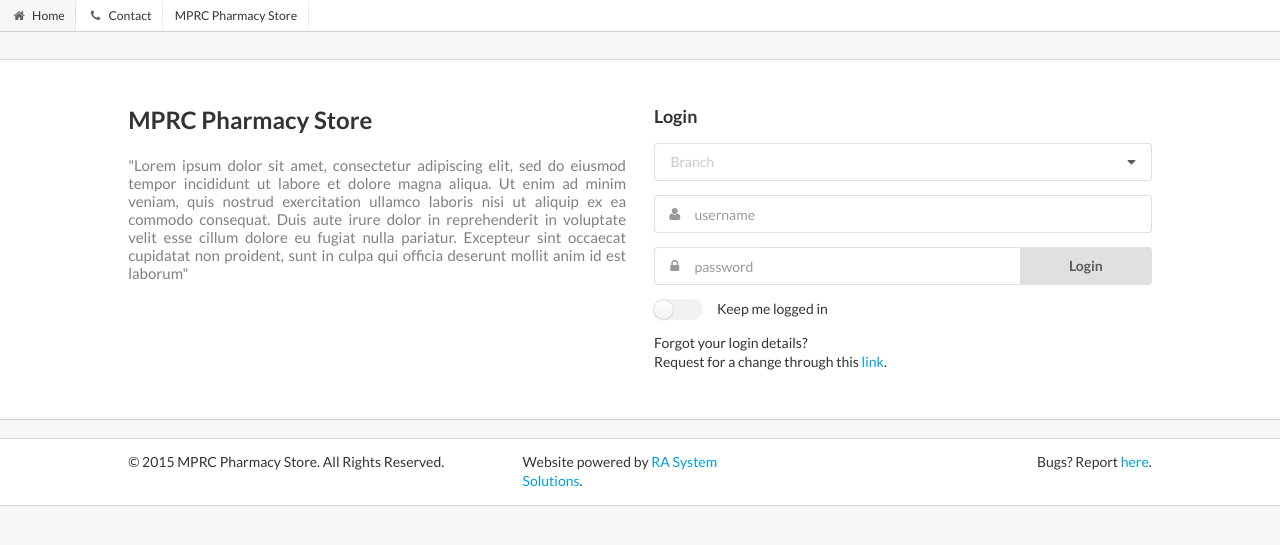
Repository: thdrwngkd/oims
Page: public/index.html
The author's editor kept a record of every edit. The page is drawn from the files as they stood at one moment, then again after the next edit.
The browser window is 1280 px wide. The pictures show the whole page.

Above is the page before.

### public/index.html
<!DOCTYPE html>
<html>
  <head>
    <!-- Standard Meta -->
    <meta charset="utf-8" />
    <meta http-equiv="X-UA-Compatible" content="IE=edge,chrome=1" />
    <meta name="viewport" content="width=device-width, initial-scale=1.0, maximum-scale=1.0">

    <!-- Site Properities -->
    <title>Online Inventory Management</title>

    <link href="../dist/googleapis.css" rel="stylesheet" type="text/css">
    <link href="../dist/semantic.css"   rel="stylesheet" type="text/css">
    <link href="../src/css/base.css"    rel="stylesheet" type="text/css">

    <script src="../dist/jquery.js"></script>
    <script src="../dist/jquery.address.js"></script>
    <script src="../dist/semantic.js"></script>

  </head>
  <body>
    <!-- Start  Header Navbar -->
    <header>
      <nav class="ui fixed fluid main small menu">
        <a class="item" href="#"><i class="home icon"></i>  Home</a>
        <a class="item" href="#"><i class="call icon"></i>  Contact</a>
        <a class="item">MPRC Pharmacy Store</a>
      </nav>
    </header>
    <!-- End    Header Navbar -->
    <div class="clear height sixty pixels"></div>
    <!-- Start  Section Masthead Segment -->
    <section class="ui center segment clear">
      <div class="ui stackable page grid top-bottom margin twenty pixels">
        <div class="two column row">
          <div class="column">
            <h2 class="ui header">
              MPRC Pharmacy Store
              <div class="sub header" style="margin-top: 20px; text-align: justify">
                "Lorem ipsum dolor sit amet, consectetur adipiscing elit, sed do eiusmod tempor incididunt ut labore et dolore magna aliqua. Ut enim ad minim veniam, quis nostrud exercitation ullamco laboris nisi ut aliquip ex ea commodo consequat. Duis aute irure dolor in reprehenderit in voluptate velit esse cillum dolore eu fugiat nulla pariatur. Excepteur sint occaecat cupidatat non proident, sunt in culpa qui officia deserunt mollit anim id est laborum"
              </div>
            </h2>
          </div>
          <div class="column">
            <h3 class="ui header">
              Login
            </h3>
            <form class="ui fluid form">
              <div class="field">
                <div class="ui selection dropdown">
                  <input type="hidden" name="gender">
                  <div class="default text">Branch</div>
                  <i class="dropdown icon"></i>
                  <div class="menu">
                    <div class="item" data-value="male">Pag-Asa</div>
                    <div class="item" data-value="female">Daang Tubo</div>
                  </div>
                </div>
              </div>
              <div class="field">
                <div class="ui left icon input">
                  <input type="text" placeholder="username">
                  <i class="user icon"></i>
                </div>
              </div>
              <div class="field">
                <div class="ui left icon action input">
                  <i class="lock icon"></i>
                  <input name="email" type="text" placeholder="password">
                  <div class="ui submit button">Login</div>
                </div>
              </div>
              <div class="field">
                <div class="ui toggle checkbox">
                  <input type="checkbox" name="keep_logged" value="x">
                  <label>Keep me logged in</label>
                </div>
              </div>
              <div class="field">
                <p>Forgot your login details?<br>Request for a change through this <a href="forgot-password.html">link</a>.</p>
              </div>
            </form>
          </div>
        </div>
      </div>

    </section>
    <!-- End    Projects Section -->
    <div class="clear height twenty pixels"></div>
    <!-- Start  About Section -->
    <section class="ui footer segment clear">
      <div class="ui page grid">
        <div class="row">
          <div class="six wide column">
            <p>© 2015 MPRC Pharmacy Store. All Rights Reserved.</p>
          </div>
          <div class="four wide column">
            <p>Website powered by <a href="">RA System Solutions</a>.</p>
          </div>
          <div class="right aligned six wide column">
            <p>Bugs? Report <a href="">here</a>.</p>
          </div>
        </div>
      </div>
    </section>
    <!-- End    About Section -->
    <!-- Javascript Imports -->
      <script src="../dist/base.js"></script>
    <!-- Javascript Imports -->
  </body>
</html>

### dist/googleapis.css
/* cyrillic-ext */
@font-face {
  font-family: 'Open Sans';
  font-style: normal;
  font-weight: 300;
  src: local('Open Sans Light'), local('OpenSans-Light'), url(http://fonts.gstatic.com/s/opensans/v10/DXI1ORHCpsQm3Vp6mXoaTSUUniRZcd_wq8DYmIfsw2A.woff2) format('woff2');
  unicode-range: U+0460-052F, U+20B4, U+2DE0-2DFF, U+A640-A69F;
}
/* cyrillic */
@font-face {
  font-family: 'Open Sans';
  font-style: normal;
  font-weight: 300;
  src: local('Open Sans Light'), local('OpenSans-Light'), url(http://fonts.gstatic.com/s/opensans/v10/DXI1ORHCpsQm3Vp6mXoaTeXREeHhJi4GEUJI9ob_ak4.woff2) format('woff2');
  unicode-range: U+0400-045F, U+0490-0491, U+04B0-04B1, U+2116;
}
/* devanagari */
@font-face {
  font-family: 'Open Sans';
  font-style: normal;
  font-weight: 300;
  src: local('Open Sans Light'), local('OpenSans-Light'), url(http://fonts.gstatic.com/s/opensans/v10/DXI1ORHCpsQm3Vp6mXoaTY0Uz7fbu6RM5MPetubMKio.woff2) format('woff2');
  unicode-range: U+02BC, U+0900-097F, U+1CD0-1CF6, U+1CF8-1CF9, U+200B-200D, U+20A8, U+20B9, U+25CC, U+A830-A839, U+A8E0-A8FB;
}
/* greek-ext */
@font-face {
  font-family: 'Open Sans';
  font-style: normal;
  font-weight: 300;
  src: local('Open Sans Light'), local('OpenSans-Light'), url(http://fonts.gstatic.com/s/opensans/v10/DXI1ORHCpsQm3Vp6mXoaTfzy0yu4vcvNhe7QLuoE8rU.woff2) format('woff2');
  unicode-range: U+1F00-1FFF;
}
/* greek */
@font-face {
  font-family: 'Open Sans';
  font-style: normal;
  font-weight: 300;
  src: local('Open Sans Light'), local('OpenSans-Light'), url(http://fonts.gstatic.com/s/opensans/v10/DXI1ORHCpsQm3Vp6mXoaTc9-ZSaZ3mOOsU9E1f6DGWc.woff2) format('woff2');
  unicode-range: U+0370-03FF;
}
/* vietnamese */
@font-face {
  font-family: 'Open Sans';
  font-style: normal;
  font-weight: 300;
  src: local('Open Sans Light'), local('OpenSans-Light'), url(http://fonts.gstatic.com/s/opensans/v10/DXI1ORHCpsQm3Vp6mXoaTYZI5FoslwusAsZHK_V0XCI.woff2) format('woff2');
  unicode-range: U+0102-0103, U+1EA0-1EF1, U+20AB;
}
/* latin-ext */
@font-face {
  font-family: 'Open Sans';
  font-style: normal;
  font-weight: 300;
  src: local('Open Sans Light'), local('OpenSans-Light'), url(http://fonts.gstatic.com/s/opensans/v10/DXI1ORHCpsQm3Vp6mXoaTRUOjZSKWg4xBWp_C_qQx0o.woff2) format('woff2');
  unicode-range: U+0100-024F, U+1E00-1EFF, U+20A0-20AB, U+20AD-20CF, U+2C60-2C7F, U+A720-A7FF;
}
/* latin */
@font-face {
  font-family: 'Open Sans';
  font-style: normal;
  font-weight: 300;
  src: local('Open Sans Light'), local('OpenSans-Light'), url(http://fonts.gstatic.com/s/opensans/v10/DXI1ORHCpsQm3Vp6mXoaTegdm0LZdjqr5-oayXSOefg.woff2) format('woff2');
  unicode-range: U+0000-00FF, U+0131, U+0152-0153, U+02C6, U+02DA, U+02DC, U+2000-206F, U+2074, U+20AC, U+2212, U+2215, U+E0FF, U+EFFD, U+F000;
}
/* cyrillic-ext */
@font-face {
  font-family: 'Open Sans';
  font-style: normal;
  font-weight: 400;
  src: local('Open Sans'), local('OpenSans'), url(http://fonts.gstatic.com/s/opensans/v10/K88pR3goAWT7BTt32Z01m1tXRa8TVwTICgirnJhmVJw.woff2) format('woff2');
  unicode-range: U+0460-052F, U+20B4, U+2DE0-2DFF, U+A640-A69F;
}
/* cyrillic */
@font-face {
  font-family: 'Open Sans';
  font-style: normal;
  font-weight: 400;
  src: local('Open Sans'), local('OpenSans'), url(http://fonts.gstatic.com/s/opensans/v10/RjgO7rYTmqiVp7vzi-Q5UVtXRa8TVwTICgirnJhmVJw.woff2) format('woff2');
  unicode-range: U+0400-045F, U+0490-0491, U+04B0-04B1, U+2116;
}
/* devanagari */
@font-face {
  font-family: 'Open Sans';
  font-style: normal;
  font-weight: 400;
  src: local('Open Sans'), local('OpenSans'), url(http://fonts.gstatic.com/s/opensans/v10/ttwNtsRpgsxVmgGGmiUOEltXRa8TVwTICgirnJhmVJw.woff2) format('woff2');
  unicode-range: U+02BC, U+0900-097F, U+1CD0-1CF6, U+1CF8-1CF9, U+200B-200D, U+20A8, U+20B9, U+25CC, U+A830-A839, U+A8E0-A8FB;
}
/* greek-ext */
@font-face {
  font-family: 'Open Sans';
  font-style: normal;
  font-weight: 400;
  src: local('Open Sans'), local('OpenSans'), url(http://fonts.gstatic.com/s/opensans/v10/LWCjsQkB6EMdfHrEVqA1KVtXRa8TVwTICgirnJhmVJw.woff2) format('woff2');
  unicode-range: U+1F00-1FFF;
}
/* greek */
@font-face {
  font-family: 'Open Sans';
  font-style: normal;
  font-weight: 400;
  src: local('Open Sans'), local('OpenSans'), url(http://fonts.gstatic.com/s/opensans/v10/xozscpT2726on7jbcb_pAltXRa8TVwTICgirnJhmVJw.woff2) format('woff2');
  unicode-range: U+0370-03FF;
}
/* vietnamese */
@font-face {
  font-family: 'Open Sans';
  font-style: normal;
  font-weight: 400;
  src: local('Open Sans'), local('OpenSans'), url(http://fonts.gstatic.com/s/opensans/v10/59ZRklaO5bWGqF5A9baEEVtXRa8TVwTICgirnJhmVJw.woff2) format('woff2');
  unicode-range: U+0102-0103, U+1EA0-1EF1, U+20AB;
}
/* latin-ext */
@font-face {
  font-family: 'Open Sans';
  font-style: normal;
  font-weight: 400;
  src: local('Open Sans'), local('OpenSans'), url(http://fonts.gstatic.com/s/opensans/v10/u-WUoqrET9fUeobQW7jkRVtXRa8TVwTICgirnJhmVJw.woff2) format('woff2');
  unicode-range: U+0100-024F, U+1E00-1EFF, U+20A0-20AB, U+20AD-20CF, U+2C60-2C7F, U+A720-A7FF;
}
/* latin */
@font-face {
  font-family: 'Open Sans';
  font-style: normal;
  font-weight: 400;
  src: local('Open Sans'), local('OpenSans'), url(http://fonts.gstatic.com/s/opensans/v10/cJZKeOuBrn4kERxqtaUH3VtXRa8TVwTICgirnJhmVJw.woff2) format('woff2');
  unicode-range: U+0000-00FF, U+0131, U+0152-0153, U+02C6, U+02DA, U+02DC, U+2000-206F, U+2074, U+20AC, U+2212, U+2215, U+E0FF, U+EFFD, U+F000;
}
/* cyrillic-ext */
@font-face {
  font-family: 'Open Sans';
  font-style: normal;
  font-weight: 700;
  src: local('Open Sans Bold'), local('OpenSans-Bold'), url(http://fonts.gstatic.com/s/opensans/v10/k3k702ZOKiLJc3WVjuplzCUUniRZcd_wq8DYmIfsw2A.woff2) format('woff2');
  unicode-range: U+0460-052F, U+20B4, U+2DE0-2DFF, U+A640-A69F;
}
/* cyrillic */
@font-face {
  font-family: 'Open Sans';
  font-style: normal;
  font-weight: 700;
  src: local('Open Sans Bold'), local('OpenSans-Bold'), url(http://fonts.gstatic.com/s/opensans/v10/k3k702ZOKiLJc3WVjuplzOXREeHhJi4GEUJI9ob_ak4.woff2) format('woff2');
  unicode-range: U+0400-045F, U+0490-0491, U+04B0-04B1, U+2116;
}
/* devanagari */
@font-face {
  font-family: 'Open Sans';
  font-style: normal;
  font-weight: 700;
  src: local('Open Sans Bold'), local('OpenSans-Bold'), url(http://fonts.gstatic.com/s/opensans/v10/k3k702ZOKiLJc3WVjuplzI0Uz7fbu6RM5MPetubMKio.woff2) format('woff2');
  unicode-range: U+02BC, U+0900-097F, U+1CD0-1CF6, U+1CF8-1CF9, U+200B-200D, U+20A8, U+20B9, U+25CC, U+A830-A839, U+A8E0-A8FB;
}
/* greek-ext */
@font-face {
  font-family: 'Open Sans';
  font-style: normal;
  font-weight: 700;
  src: local('Open Sans Bold'), local('OpenSans-Bold'), url(http://fonts.gstatic.com/s/opensans/v10/k3k702ZOKiLJc3WVjuplzPzy0yu4vcvNhe7QLuoE8rU.woff2) format('woff2');
  unicode-range: U+1F00-1FFF;
}
/* greek */
@font-face {
  font-family: 'Open Sans';
  font-style: normal;
  font-weight: 700;
  src: local('Open Sans Bold'), local('OpenSans-Bold'), url(http://fonts.gstatic.com/s/opensans/v10/k3k702ZOKiLJc3WVjuplzM9-ZSaZ3mOOsU9E1f6DGWc.woff2) format('woff2');
  unicode-range: U+0370-03FF;
}
/* vietnamese */
@font-face {
  font-family: 'Open Sans';
  font-style: normal;
  font-weight: 700;
  src: local('Open Sans Bold'), local('OpenSans-Bold'), url(http://fonts.gstatic.com/s/opensans/v10/k3k702ZOKiLJc3WVjuplzIZI5FoslwusAsZHK_V0XCI.woff2) format('woff2');
  unicode-range: U+0102-0103, U+1EA0-1EF1, U+20AB;
}
/* latin-ext */
@font-face {
  font-family: 'Open Sans';
  font-style: normal;
  font-weight: 700;
  src: local('Open Sans Bold'), local('OpenSans-Bold'), url(http://fonts.gstatic.com/s/opensans/v10/k3k702ZOKiLJc3WVjuplzBUOjZSKWg4xBWp_C_qQx0o.woff2) format('woff2');
  unicode-range: U+0100-024F, U+1E00-1EFF, U+20A0-20AB, U+20AD-20CF, U+2C60-2C7F, U+A720-A7FF;
}
/* latin */
@font-face {
  font-family: 'Open Sans';
  font-style: normal;
  font-weight: 700;
  src: local('Open Sans Bold'), local('OpenSans-Bold'), url(http://fonts.gstatic.com/s/opensans/v10/k3k702ZOKiLJc3WVjuplzOgdm0LZdjqr5-oayXSOefg.woff2) format('woff2');
  unicode-range: U+0000-00FF, U+0131, U+0152-0153, U+02C6, U+02DA, U+02DC, U+2000-206F, U+2074, U+20AC, U+2212, U+2215, U+E0FF, U+EFFD, U+F000;
}
/* cyrillic-ext */
@font-face {
  font-family: 'Open Sans';
  font-style: italic;
  font-weight: 300;
  src: local('Open Sans Light Italic'), local('OpenSansLight-Italic'), url(http://fonts.gstatic.com/s/opensans/v10/PRmiXeptR36kaC0GEAetxnJcj75aoY2FkN1K7fN5pSM.woff2) format('woff2');
  unicode-range: U+0460-052F, U+20B4, U+2DE0-2DFF, U+A640-A69F;
}
/* cyrillic */
@font-face {
  font-family: 'Open Sans';
  font-style: italic;
  font-weight: 300;
  src: local('Open Sans Light Italic'), local('OpenSansLight-Italic'), url(http://fonts.gstatic.com/s/opensans/v10/PRmiXeptR36kaC0GEAetxn1Xmpo4ASt4tV2E8fbn9tc.woff2) format('woff2');
  unicode-range: U+0400-045F, U+0490-0491, U+04B0-04B1, U+2116;
}
/* devanagari */
@font-face {
  font-family: 'Open Sans';
  font-style: italic;
  font-weight: 300;
  src: local('Open Sans Light Italic'), local('OpenSansLight-Italic'), url(http://fonts.gstatic.com/s/opensans/v10/PRmiXeptR36kaC0GEAetxp0ZClPV6EjNt18zha_DeYY.woff2) format('woff2');
  unicode-range: U+02BC, U+0900-097F, U+1CD0-1CF6, U+1CF8-1CF9, U+200B-200D, U+20A8, U+20B9, U+25CC, U+A830-A839, U+A8E0-A8FB;
}
/* greek-ext */
@font-face {
  font-family: 'Open Sans';
  font-style: italic;
  font-weight: 300;
  src: local('Open Sans Light Italic'), local('OpenSansLight-Italic'), url(http://fonts.gstatic.com/s/opensans/v10/PRmiXeptR36kaC0GEAetxhvwU2jSZ_W3bMnLe__5hmc.woff2) format('woff2');
  unicode-range: U+1F00-1FFF;
}
/* greek */
@font-face {
  font-family: 'Open Sans';
  font-style: italic;
  font-weight: 300;
  src: local('Open Sans Light Italic'), local('OpenSansLight-Italic'), url(http://fonts.gstatic.com/s/opensans/v10/PRmiXeptR36kaC0GEAetxlG2YASMDG4K4_XuakzasE8.woff2) format('woff2');
  unicode-range: U+0370-03FF;
}
/* vietnamese */
@font-face {
  font-family: 'Open Sans';
  font-style: italic;
  font-weight: 300;
  src: local('Open Sans Light Italic'), local('OpenSansLight-Italic'), url(http://fonts.gstatic.com/s/opensans/v10/PRmiXeptR36kaC0GEAetxqRhChYxGgJf4PX4Wvk4Rlk.woff2) format('woff2');
  unicode-range: U+0102-0103, U+1EA0-1EF1, U+20AB;
}
/* latin-ext */
@font-face {
  font-family: 'Open Sans';
  font-style: italic;
  font-weight: 300;
  src: local('Open Sans Light Italic'), local('OpenSansLight-Italic'), url(http://fonts.gstatic.com/s/opensans/v10/PRmiXeptR36kaC0GEAetxo05NJhCxBV64hQBJiatqx0.woff2) format('woff2');
  unicode-range: U+0100-024F, U+1E00-1EFF, U+20A0-20AB, U+20AD-20CF, U+2C60-2C7F, U+A720-A7FF;
}
/* latin */
@font-face {
  font-family: 'Open Sans';
  font-style: italic;
  font-weight: 300;
  src: local('Open Sans Light Italic'), local('OpenSansLight-Italic'), url(http://fonts.gstatic.com/s/opensans/v10/PRmiXeptR36kaC0GEAetxko2lTMeWA_kmIyWrkNCwPc.woff2) format('woff2');
  unicode-range: U+0000-00FF, U+0131, U+0152-0153, U+02C6, U+02DA, U+02DC, U+2000-206F, U+2074, U+20AC, U+2212, U+2215, U+E0FF, U+EFFD, U+F000;
}
/* vietnamese */
@font-face {
  font-family: 'Source Sans Pro';
  font-style: normal;
  font-weight: 400;
  src: local('Source Sans Pro'), local('SourceSansPro-Regular'), url(http://fonts.gstatic.com/s/sourcesanspro/v9/ODelI1aHBYDBqgeIAH2zlNOAHFN6BivSraYkjhveRHY.woff2) format('woff2');
  unicode-range: U+0102-0103, U+1EA0-1EF1, U+20AB;
}
/* latin-ext */
@font-face {
  font-family: 'Source Sans Pro';
  font-style: normal;
  font-weight: 400;
  src: local('Source Sans Pro'), local('SourceSansPro-Regular'), url(http://fonts.gstatic.com/s/sourcesanspro/v9/ODelI1aHBYDBqgeIAH2zlC2Q8seG17bfDXYR_jUsrzg.woff2) format('woff2');
  unicode-range: U+0100-024F, U+1E00-1EFF, U+20A0-20AB, U+20AD-20CF, U+2C60-2C7F, U+A720-A7FF;
}
/* latin */
@font-face {
  font-family: 'Source Sans Pro';
  font-style: normal;
  font-weight: 400;
  src: local('Source Sans Pro'), local('SourceSansPro-Regular'), url(http://fonts.gstatic.com/s/sourcesanspro/v9/ODelI1aHBYDBqgeIAH2zlNV_2ngZ8dMf8fLgjYEouxg.woff2) format('woff2');
  unicode-range: U+0000-00FF, U+0131, U+0152-0153, U+02C6, U+02DA, U+02DC, U+2000-206F, U+2074, U+20AC, U+2212, U+2215, U+E0FF, U+EFFD, U+F000;
}
/* vietnamese */
@font-face {
  font-family: 'Source Sans Pro';
  font-style: normal;
  font-weight: 700;
  src: local('Source Sans Pro Bold'), local('SourceSansPro-Bold'), url(http://fonts.gstatic.com/s/sourcesanspro/v9/toadOcfmlt9b38dHJxOBGDovqjS_dXPZszO_XltPdNg.woff2) format('woff2');
  unicode-range: U+0102-0103, U+1EA0-1EF1, U+20AB;
}
/* latin-ext */
@font-face {
  font-family: 'Source Sans Pro';
  font-style: normal;
  font-weight: 700;
  src: local('Source Sans Pro Bold'), local('SourceSansPro-Bold'), url(http://fonts.gstatic.com/s/sourcesanspro/v9/toadOcfmlt9b38dHJxOBGFxe-GPfKKFmiXaJ_Q0GFr8.woff2) format('woff2');
  unicode-range: U+0100-024F, U+1E00-1EFF, U+20A0-20AB, U+20AD-20CF, U+2C60-2C7F, U+A720-A7FF;
}
/* latin */
@font-face {
  font-family: 'Source Sans Pro';
  font-style: normal;
  font-weight: 700;
  src: local('Source Sans Pro Bold'), local('SourceSansPro-Bold'), url(http://fonts.gstatic.com/s/sourcesanspro/v9/toadOcfmlt9b38dHJxOBGEo0As1BFRXtCDhS66znb_k.woff2) format('woff2');
  unicode-range: U+0000-00FF, U+0131, U+0152-0153, U+02C6, U+02DA, U+02DC, U+2000-206F, U+2074, U+20AC, U+2212, U+2215, U+E0FF, U+EFFD, U+F000;
}

### src/css/base.css

      .clear.height {
        height: 0;
      }

      .clear.height.ten.pixels {
        height: 10px;
      }

      .clear.height.twenty.pixels {
        height: 20px;
      }

      .clear.height.forty.pixels {
        height: 40px;
      }

      .clear.height.sixty.pixels {
        height: 60px;
      }

      .clear.height.eighty.pixels {
        height: 80px;
      }

      .clear.height.one.hundred.pixels {
        height: 100px;
      }

      .clear.height.two.hundred.pixels {
        height: 200px;
      }

      .ui.clear {
        border-radius: 0;
        margin: 0;
      }

      .ui.top-bottom.margin {
        margin-top: 100px;
        margin-bottom: 100px;
      }

      .ui.top-bottom.margin.ten.pixels {
        margin-top:     10px;
        margin-bottom:  10px;
      }

      .ui.top-bottom.margin.twenty.pixels {
        margin-top:     20px;
        margin-bottom:  20px;
      }

      .ui.top-bottom.margin.forty.pixels {
        margin-top:     40px;
        margin-bottom:  40px;
      }

      .ui.skill.label {
        margin-top: 4px;
        margin-bottom: 4px;
      }

      .bordered {
        border: 1px solid black;
      }

### dist/base.js
$(document).ready(function(){
  $('.dropdown').dropdown();
  $('.checkbox').checkbox();
});

Loaded but not shown: dist/semantic.css (library); dist/jquery.js (library); dist/jquery.address.js (library); dist/semantic.js (library)

After the next edit:
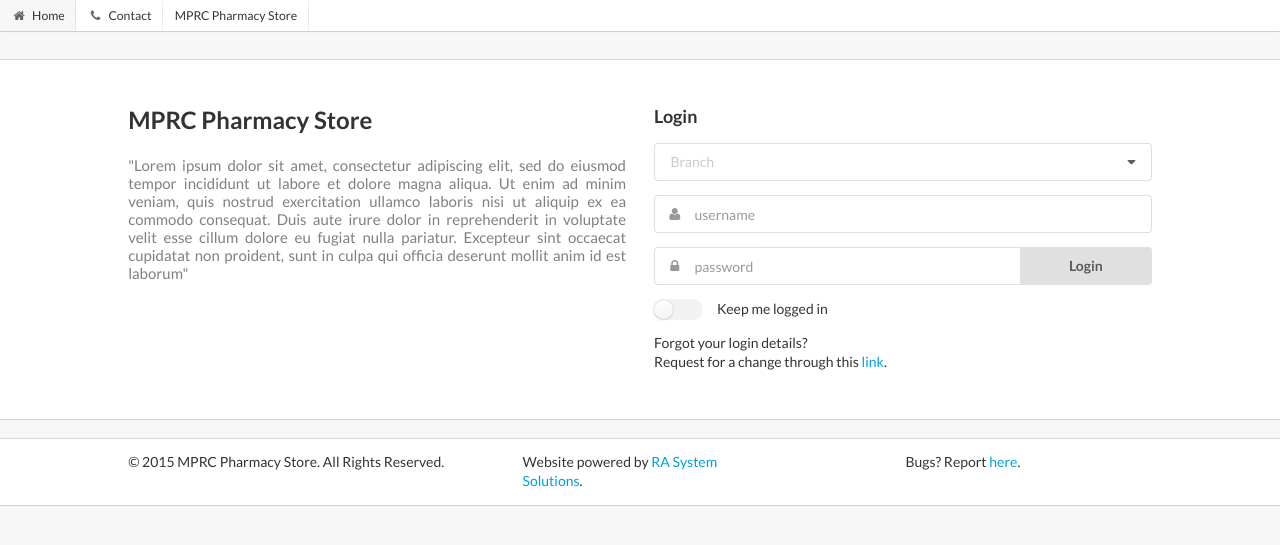
The edit:
--- a/public/index.html
+++ b/public/index.html
@@ -97,7 +97,7 @@
           <div class="four wide column">
             <p>Website powered by <a href="">RA System Solutions</a>.</p>
           </div>
-          <div class="right aligned six wide column">
+          <div class="right aligned four wide column">
             <p>Bugs? Report <a href="">here</a>.</p>
           </div>
         </div>
